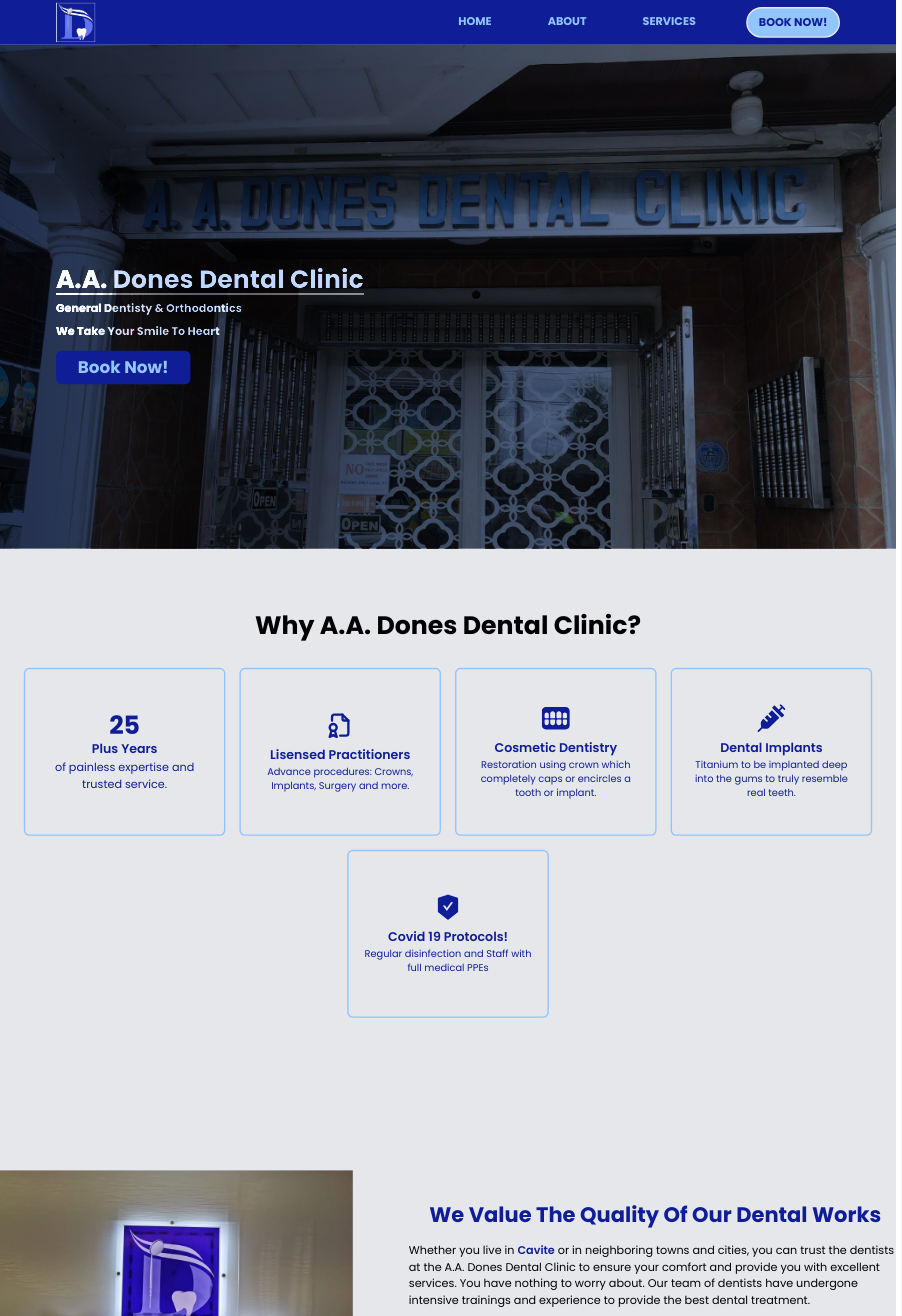
Repository: tom-abella/Dental-Clinic-Scheduler
Page: /
The author's editor kept a copy of each file at every save. The page is drawn from the files as they stood at one save, then again after a run of saves.
The browser window is 1280 px wide. The page is 1288 px wide, so the pictures cover 1288 px, including what lies to the right of the window. The pictures show the part of the page from y = 0 to 1880 px (the page is 3328 px tall), at 70% of full size.
The project was rebuilt for these pictures with package versions that can differ from the ones it lists, and the page was loaded fresh each time. Also part of the build but not shown: vite.config.js.

Above is the page before, as saved 2023-06-16 12:51:44.

### index.html
<!DOCTYPE html>
<html lang="en">
  <head>
    <meta charset="UTF-8" />
    <meta name="viewport" content="width=device-width, initial-scale=1.0" />
    <link rel="shortcut icon" href="./src/assets/logo.jpg" type="image/x-icon">
    <!-- Poppins -->
    <link rel="preconnect" href="https://fonts.gstatic.com" crossorigin>
    <link href="https://fonts.googleapis.com/css2?family=Poppins:wght@400;600;700&display=swap" rel="stylesheet">
    <link rel="stylesheet" href="./src/index.css">
    <title>Dones Dental Clinic</title>
  </head>
  <body>
    <div id="root"></div>
    <script type="module" src="/src/main.jsx"></script>
  </body>
</html>

### src/App.jsx
import React from "react"
import Contact from "./components/Contact"
import Footer from "./components/Footer"
import Home from "./components/Home"
import NavigationBar from "./components/NavigationBar"
import Services from "./components/Services"
import Value from "./components/Value"

function App() {

  return (
    <div className="font-pop bg-gray-200">
      <NavigationBar />
      <Home />
      <Services />
      <Value />
      <Contact />
      <Footer />
    </div>

  )
}

export default App

### src/components/Footer.jsx
import React from "react"
import logo from "../assets/logo.jpg"
import {FaFacebookSquare, FaMobileAlt } from "react-icons/fa";
import {BsFillTelephoneFill } from "react-icons/bs";

export default function Footer(){

    return(
        <div className="h-96 bg-darkBlue text-blue-300 flex items-center justify-center">
             <ul className="flex flex-col gap-3 px-10 md:px-20 w-full justify-center text-center">
                <li className="flex items-center gap-10 justify-center">
                    <a href="https://ddc-admin.vercel.app" target={"_blank"}>
                        <img src={logo} alt="logo" className="w-20" />
                    </a>
                    <p className="text-2xl lg:text-4xl">A.A. Dones Dental Clinic</p>
                    </li>
                <li className="uppercase font-semibold text-center">
                We Take your Smile to Heart
                </li>
                <li className="flex items-center gap-4 justify-center">
                <a href="https://www.facebook.com/AADONES1992" target={"_blank"}><FaFacebookSquare size={35}/> </a>
                <a href="https://www.facebook.com/AADONES1992" target={"_blank"}><p>A.A. DONES Dental Clinic</p></a>
                </li>
                <li className="flex items-center gap-3 justify-center">
                    <BsFillTelephoneFill size={35}/>
                    <p>
                        (046) 437 - 8007 / 437 - 8022
                    </p>
                </li>
                <li className="flex items-center gap-2 justify-center">
                    <FaMobileAlt size={35}/>
                    <p>
                        Smart: 09194342293
                    </p>
                    <FaMobileAlt size={35}/>
                    <p>
                        Globe: 09532199638
                    </p>
                </li>
                <li className="border-t-2 flex justify-center">
                        <p>
                            © 2023 AA DDC. Design by TLNA.
                        </p>
                    </li>
             </ul>
        </div>
    )

}

### src/components/Home.jsx
import React from "react"
import cover from "../assets/cover.jpg"
import logo from "../assets/logo.jpg"
import {Link} from 'react-scroll'
export default function Home(){
    return(
        <div>
            <div className="h-screen w-full bg-gradient-to-r from-gray-900 to-gray-700 relative" id="home">
                <img src={cover} alt="" className="w-full h-full object-cover  object-top mix-blend-overlay absolute"/>
                <div className="flex justify-center md:justify-start text-center md:text-start items-center w-full h-full text-blue-100 font-bold text-2xl md:pl-20 pt-20">
                    <ul className="flex flex-col gap-2  items-center md:items-start">
                        <li className="h-32 w-32 md:hidden ">
                            <img src={logo} alt="logo"/>
                        </li>
                        <li className="text-4xl border-b-2">A.A. Dones Dental Clinic</li>
                        <li className="text-base">General Dentisty & Orthodontics</li>
                        <li className="text-base capitalize ">we take your smile to heart</li>
                       <button className=" w-48 py-2 mt-2 rounded-lg  z-10 bg-darkBlue text-blue-300 hover:text-darkBlue hover:bg-blue-300 cursor-pointer"> <Link to ="contact"spy={true} smooth={true} duration={500}>Book Now!</Link></button>
                    </ul>
                </div>
            </div>
        </div>
    )
}

### src/components/NavigationBar.jsx
import React from "react"
import logo from "../assets/logo.jpg"
import { FaHome} from "react-icons/fa";
import { MdHomeRepairService,MdPermDeviceInformation} from "react-icons/md";
import { AiOutlineSchedule} from "react-icons/ai";
import {Link} from 'react-scroll'
export default function NavigationBar(){

    return(
        <nav className=" flex items-center justify-center md:justify-between px-4 sm:px-20 h-16 w-full  z-20 bg-darkBlue"
        >
            <div className="w-14 hidden md:flex">
                <img src={logo} alt="logo"/>
            </div>
            <ul className="hidden md:flex gap-16 uppercase text-blue-300 font-bold">
                <Link to ="home"spy={true} smooth={true} duration={500}><li className="cursor-pointer hover:text-blue-100 p-2">home</li></Link>
                <Link to ="about"spy={true} smooth={true} duration={500}><li className="cursor-pointer hover:text-blue-100 p-2">about</li></Link>
                <Link to ="services"spy={true} smooth={true} duration={500}><li className="cursor-pointer hover:text-blue-100  p-2">services</li></Link>
                <Link to ="contact"spy={true} smooth={true} duration={500}><li className="cursor-pointer hover:text-blue-300 hover:bg-darkBlue hidden md:flex border-2 p-2 rounded-full px-1 lg:px-4 bg-blue-300 text-darkBlue">book now!</li></Link>
            </ul>
            <ul className="flex  md:hidden gap-5 uppercase text-blue-300 font-bold">
            <Link to ="home"spy={true} smooth={true} duration={500}>
                <li className="cursor-pointer hover:text-blue-100 p-2 flex flex-col text-xs items-center justify-center">
                <FaHome size={35}/>
                    <p>home</p>
                </li>
            </Link>
            <Link to ="about"spy={true} smooth={true} duration={500}>
                <li className="cursor-pointer hover:text-blue-100 pt-3 flex flex-col text-xs items-center justify-center">
                <MdPermDeviceInformation size={30}/>
                <p>
                    about
                </p>
                </li>
            </Link>
            <Link to ="services"spy={true} smooth={true} duration={500}>
                <li className="cursor-pointer hover:text-blue-100  p-2 flex flex-col text-xs items-center justify-center">
                <MdHomeRepairService size={35}/>
                <p>services</p>
                </li>
            </Link>
            <Link to ="form"spy={true} smooth={true} duration={500}>
                <li className="cursor-pointer hover:text-blue-100 pt-2 flex flex-col text-xs items-center justify-center">
                <AiOutlineSchedule size={35}/>
                <p>
                book now!
                </p>
                </li>
            </Link>
            </ul>
        </nav>
    )
}

### src/components/Services.jsx
import React from "react";
import { TbFileCertificate } from "react-icons/tb";
import { FaTeeth,FaSyringe } from "react-icons/fa";
import {AiFillSafetyCertificate } from "react-icons/ai";

export default function Services(){
    return(
    <div className="h-full min-h-screen flex flex-col justify-center w-full text-center items-center gap-10 md:gap-15 pt-10 pb-20 md:pb-0" id="about">
            <p className=" font-bold text-4xl mt-20 capitalize md:mt-0">Why A.A. Dones dental clinic?</p>
        <div className="flex flex-wrap justify-center items-center h-full gap-5">
            <div className="flex justify-center items-center text-center border-2 border-blue-300 text-darkBlue w-72 h-60 hover:bg-darkBlue rounded-lg hover:text-blue-300">
                <ul className="px-5">
                    <li className="text-4xl font-bold">25</li>
                    <li className="text-lg font-semibold capitalize">plus years</li>
                    <li>of painless expertise and trusted service.</li>
                </ul>
            </div>
            <div className="flex justify-center items-center text-center border-2 border-blue-300 text-darkBlue w-72 h-60 hover:bg-darkBlue rounded-lg hover:text-blue-300">
                <ul className="flex flex-col items-center px-5">
                    <li className="mb-2">
                    <TbFileCertificate size={40}/>
                    </li>
                    <li className="text-lg font-semibold capitalize">Lisensed Practitioners</li>
                    <li className="text-sm">Advance procedures: Crowns, Implants, Surgery and more.</li>
                </ul>
            </div>
            <div className="flex justify-center items-center text-center border-2 border-blue-300 text-darkBlue w-72 h-60 hover:bg-darkBlue rounded-lg hover:text-blue-300">
                <ul className = "flex flex-col items-center mx-5">
                    <li className="mb-2"><FaTeeth size={40}/></li>
                    <li className="text-lg font-semibold capitalize">cosmetic dentistry</li>
                    <li className="text-sm">Restoration using crown which completely caps or encircles a tooth or implant.</li>
                </ul>
            </div>
            <div className="flex justify-center items-center text-center border-2 border-blue-300 text-darkBlue w-72 h-60 hover:bg-darkBlue rounded-lg hover:text-blue-300">
                <ul className = "flex flex-col items-center mx-5">
                    <li className="mb-2"><FaSyringe size={40}/></li>
                    <li className="text-lg font-semibold capitalize">dental Implants</li>
                    <li className="text-sm">Titanium to be implanted deep into the gums to truly resemble real teeth.</li>
                </ul>
            </div>
            <div className="flex justify-center items-center text-center border-2 border-blue-300 text-darkBlue w-72 h-60 hover:bg-darkBlue rounded-lg hover:text-blue-300">
                <ul className = "flex flex-col items-center mx-5">
                    <li className="mb-2"><AiFillSafetyCertificate size={40}/></li>
                    <li className="text-lg font-semibold capitalize">Covid 19 protocols!</li>
                    <li className="text-sm">Regular disinfection and Staff with full medical PPEs</li>
                </ul>
            </div>
        </div>
    </div>
    )
}

### src/components/Value.jsx
import React from "react"
import hero from "../assets/hero.jpg"
export default function Value(){

    return(
        <div className="flex justify-center items-center flex-col h-full min-h-screen py-10" id="services">
            <div className="flex flex-col lg:flex-row lg:gap-20 " >
                <div className="w-80 lg:w-128 lg:h-128 flex items-center justify-center pb-0">
                    <img src={hero} alt="" />
                </div>
                <div className="flex w-80 lg:w-128 xl:w-130 lg:h-96">
                    <ul className="flex flex-col  justify-center items-center gap-5 lg:pt-20">
                        <li className=" font-bold text-3xl mt-10 capitalize lg:mt-0 text-darkBlue">
                            We value the quality
                            of our Dental Works
                        </li>
                        <li className="">
                        Whether you live in <span className=" text-darkBlue font-semibold">Cavite</span>  or in neighboring towns and cities, you can trust the dentists at the A.A. Dones Dental Clinic to ensure your comfort and provide you with excellent services. You have nothing to worry about. Our team of dentists have undergone intensive trainings and experience to provide the best dental treatment.
                        </li>
                        <li className="">
                        We can help you improve your self-confidence and regain your perfect smile with superb choices such as<span className=" text-darkBlue font-semibold"> dental veneers, zirconia crowns, dental implants, dental bridges, braces and other great services to choose from.</span>
                        </li>
                    </ul>
                </div>
            </div>
        </div>
    )
}

### src/config/Firebase.jsx

import { initializeApp } from "firebase/app";

//firestore
import {getFirestore } from 'firebase/firestore'

const firebaseConfig = {
    apiKey: "AIzaSyAaijQUz62-I1jFnrqcqUNt5tIuiDhhMWs",
    authDomain: "dones-dental-clinic.firebaseapp.com",
    projectId: "dones-dental-clinic",
    storageBucket: "dones-dental-clinic.appspot.com",
    messagingSenderId: "248191304214",
    appId: "1:248191304214:web:bc3336f8a607c636ba2b37",
    measurementId: "G-6MNXB3N12D"
};

// Initialize Firebase
const app = initializeApp(firebaseConfig);

//firestore
export const db = getFirestore(app);

### tailwind.config.cjs
/** @type {import('tailwindcss').Config} */
const colors = require('tailwindcss/colors');
module.exports = {
  content: [
    "./src/**/*.{js,jsx,ts,tsx}",
  ],
  theme: {

    extend: {
      colors: {
        darkBlue: "#0f1d97"
      },
      fontFamily:{
        'pop':['Poppins','sans-serif']
      },
      spacing: {
        '128': '32rem',
        '130': '44rem',
      }
    },
  },
  plugins: [],
}

Loaded but not shown: src/index.css (common file); src/main.jsx (common file); src/components/Contact.jsx (104 lines, source omitted)

After the next 2 saves:
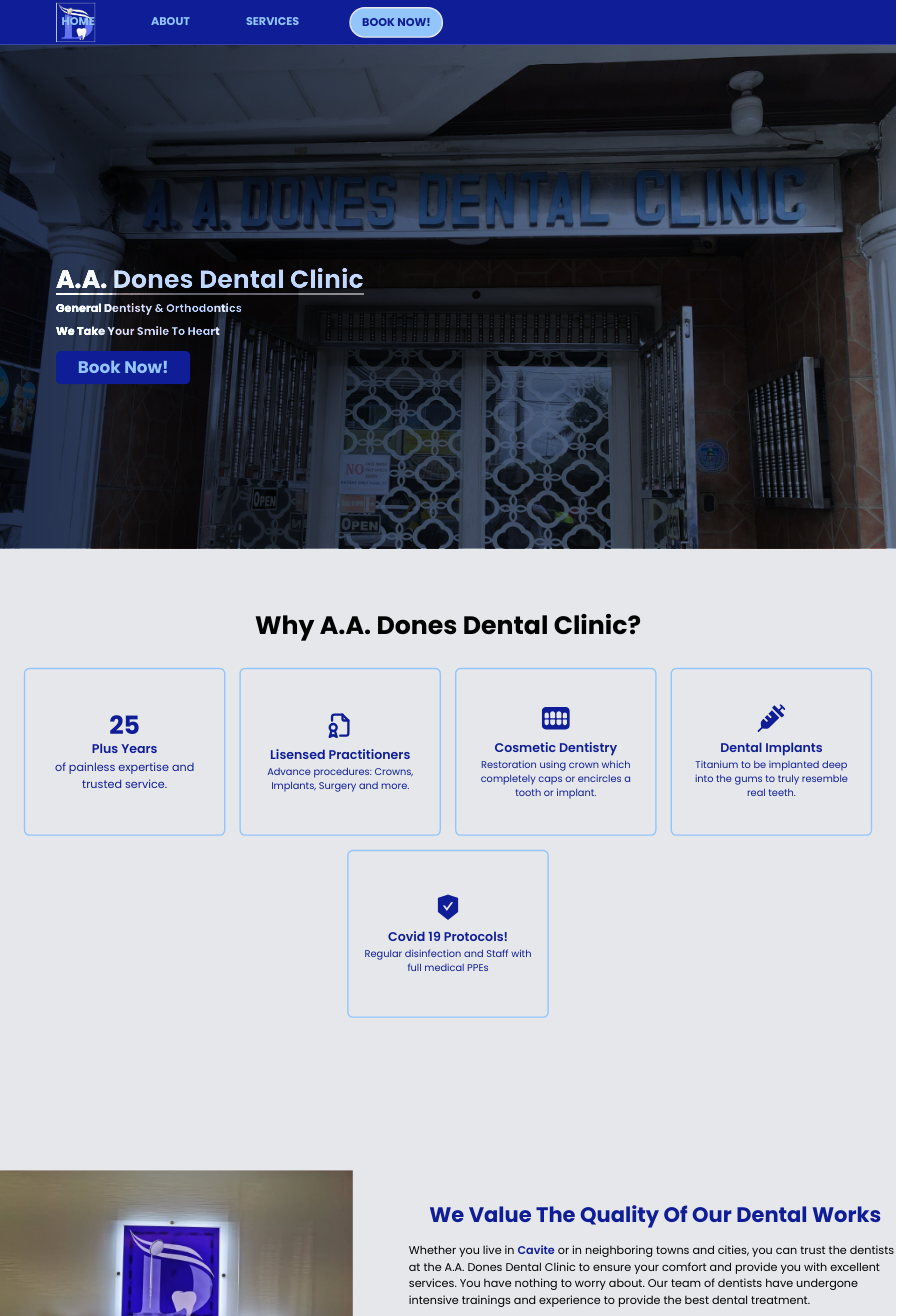
The 2 saves are shown as one change because they came seconds apart.
The last was saved 11 s later.
--- a/src/components/NavigationBar.jsx
+++ b/src/components/NavigationBar.jsx
@@ -12,7 +12,7 @@
             <div className="w-14 hidden md:flex">
                 <img src={logo} alt="logo"/>
             </div>
-            <ul className="hidden md:flex gap-16 uppercase text-blue-300 font-bold">
+            <ul className="hidden md:flex gap-16 uppercase text-blue-300 font-bold fixed">
                 <Link to ="home"spy={true} smooth={true} duration={500}><li className="cursor-pointer hover:text-blue-100 p-2">home</li></Link>
                 <Link to ="about"spy={true} smooth={true} duration={500}><li className="cursor-pointer hover:text-blue-100 p-2">about</li></Link>
                 <Link to ="services"spy={true} smooth={true} duration={500}><li className="cursor-pointer hover:text-blue-100  p-2">services</li></Link>

After the save that followed:
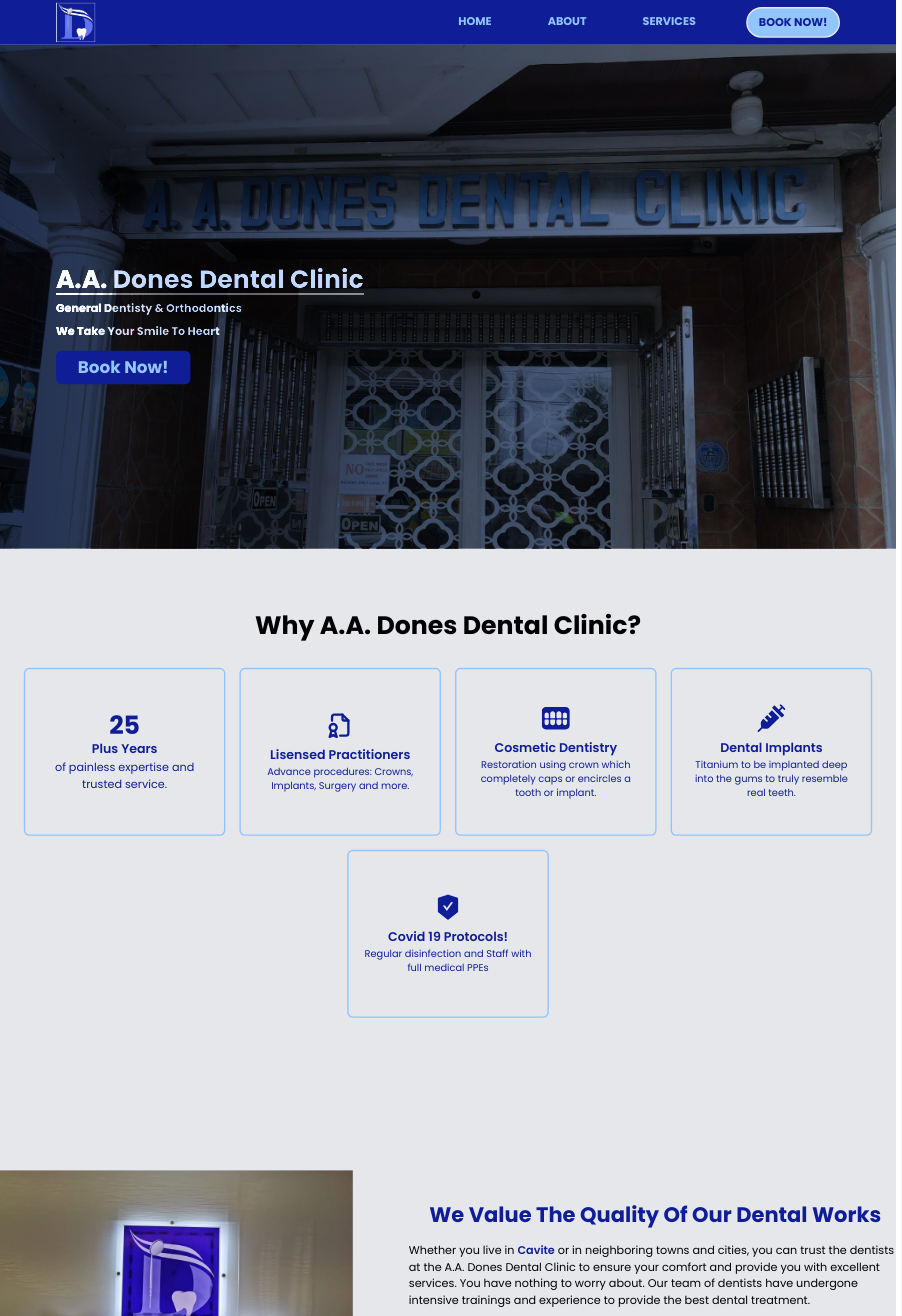
Saved 11 s later.
--- a/src/components/NavigationBar.jsx
+++ b/src/components/NavigationBar.jsx
@@ -12,7 +12,7 @@
             <div className="w-14 hidden md:flex">
                 <img src={logo} alt="logo"/>
             </div>
-            <ul className="hidden md:flex gap-16 uppercase text-blue-300 font-bold fixed">
+            <ul className="hidden md:flex gap-16 uppercase text-blue-300 font-bold">
                 <Link to ="home"spy={true} smooth={true} duration={500}><li className="cursor-pointer hover:text-blue-100 p-2">home</li></Link>
                 <Link to ="about"spy={true} smooth={true} duration={500}><li className="cursor-pointer hover:text-blue-100 p-2">about</li></Link>
                 <Link to ="services"spy={true} smooth={true} duration={500}><li className="cursor-pointer hover:text-blue-100  p-2">services</li></Link>
